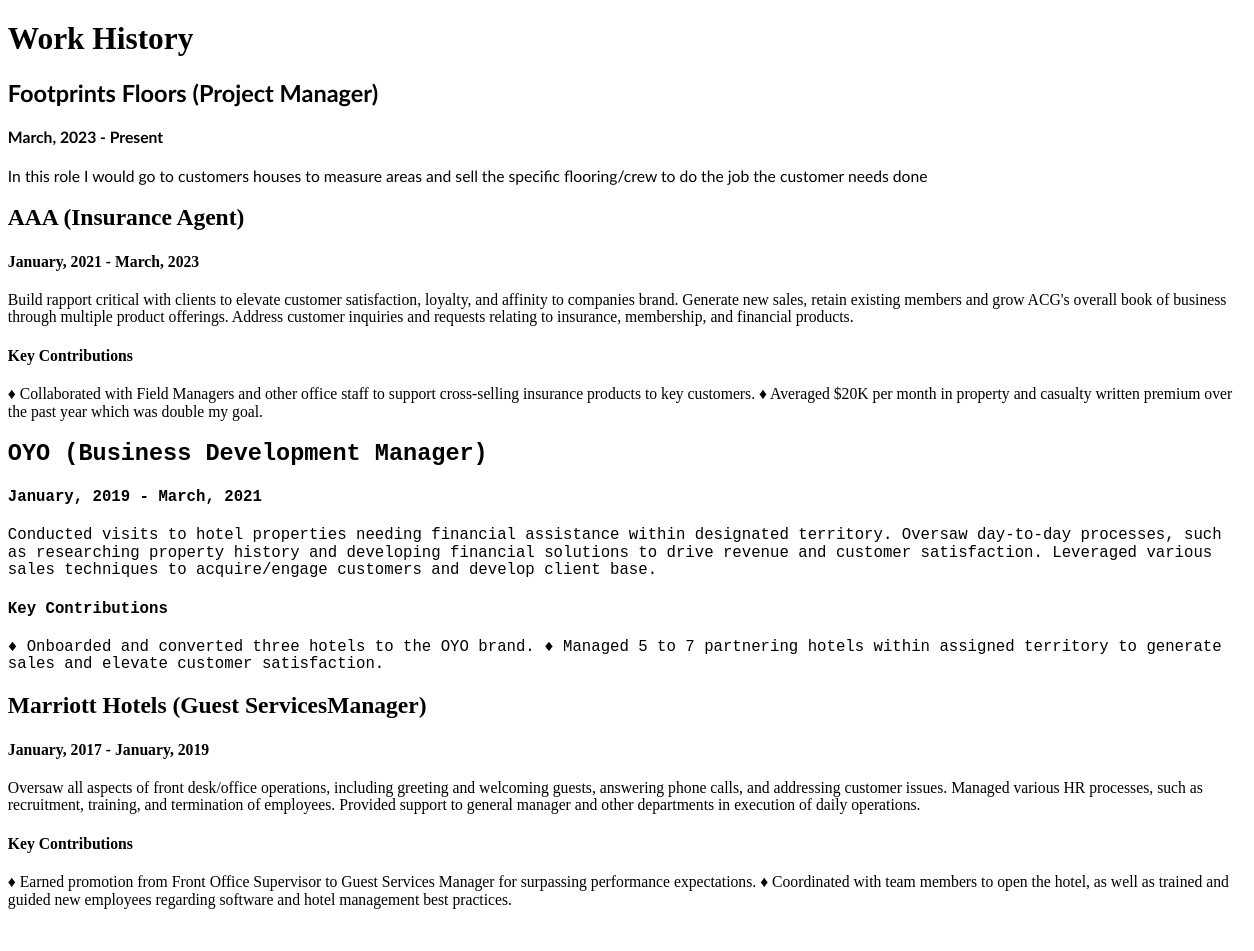
Repository: TEazy2433/LAB-HTML-Resume
Page: index.html
The author's editor kept a copy of each file at every save. The page is drawn from the files as they stood at one save, then again after the next save.
The browser window is 1280 px wide. The pictures show the whole page, at 98% of full size.

Above is the page before, as saved 2023-10-11 20:15:03.

After the next save:
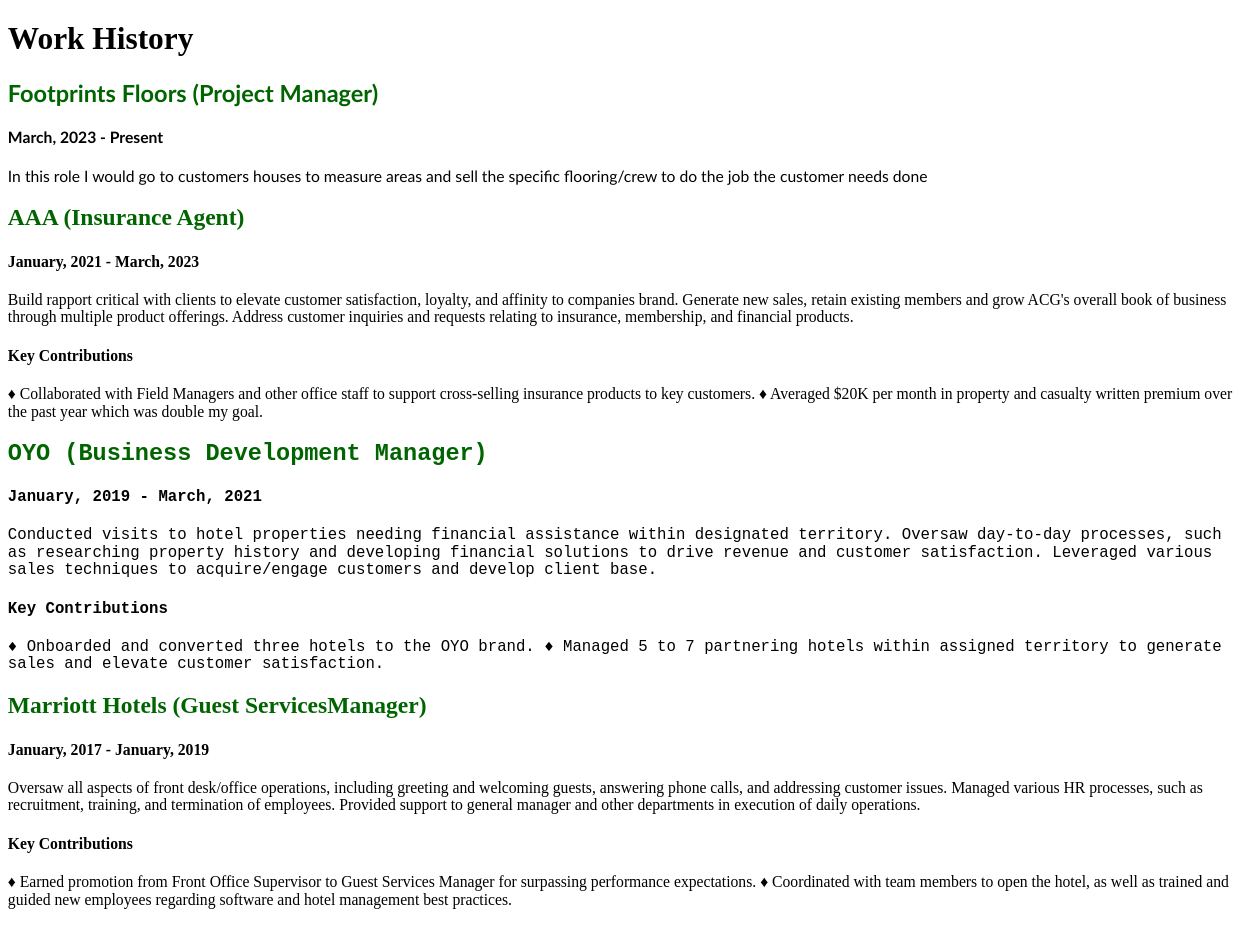
Saved 38 s later.
--- a/main.css
+++ b/main.css
@@ -1,4 +1,6 @@
-
+h2{
+  color: darkgreen;
+}
 
 #articleOne{
   font-family: 'Gill Sans', 'Gill Sans MT', Calibri, 'Trebuchet MS', sans-serif;
